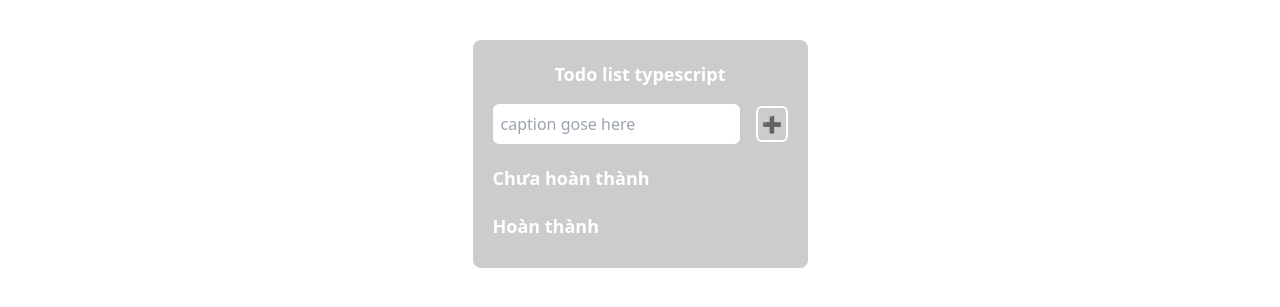
Repository: VIET-TU/react-super-main
Page: / (app in todolist-mybuild/)
An editor plug-in stored every save of this project. The page is shown before and after the next save, followed by the edit.
The browser window is 1280 px wide. The pictures show the whole page.
The project was rebuilt for these pictures with package versions that can differ from the ones it lists, and the page was loaded fresh each time. Also part of the build but not shown: todolist-mybuild/vite.config.ts.

Above is the page before, as saved 2023-05-16 08:33:08.

### todolist-mybuild/src/App.tsx
import TodoList from './components/TodoLists'

function App() {
  return (
    <>
      <TodoList></TodoList>
    </>
  )
}

export default App

### todolist-mybuild/src/index.css
@tailwind base;
@tailwind components;
@tailwind utilities;

css *,
*:before,
*:after {
  box-sizing: border-box;
}
* {
  margin: 0;
  padding: 0;
}

input,
select,
textarea {
  outline: none;
}
button {
  outline: none;
}

### todolist-mybuild/src/components/TodoLists/index.ts
import TodoList from './TodoList'

export default TodoList

### todolist-mybuild/src/components/TodoLists/TodoList.tsx
import { Todo } from '../../@types/todos.types'
import TaskInput from '../TaskInput'
import TaskList from '../TaskList'
import { useEffect, useState } from 'react'

const TodoList = () => {
  const [todos, setTodos] = useState<Todo[]>([])
  const [currentTodo, setCurrentTodo] = useState<Todo | null>(null)
  const doneTodos = todos.filter((todo) => todo.done)
  const notdoneTodos = todos.filter((todo) => !todo.done)

  useEffect(() => {
    const todosString = localStorage.getItem('todos')
    const todosObj: Todo[] = JSON.parse(todosString || '[]')
    setTodos(todosObj)
  }, [])

  const addTodo = (name: string): void => {
    const todo: Todo = {
      name,
      done: false,
      id: new Date().toISOString()
    }
    setTodos((pre) => [...pre, todo])
    const todosString = localStorage.getItem('todos')
    const todosObj: Todo[] = JSON.parse(todosString || '[]')
    const newTodoObj = [...todosObj, todo]
    localStorage.setItem('todos', JSON.stringify(newTodoObj))
  }

  const handleDoneTodo = (id: string, done: boolean) => {
    setTodos((prev) => {
      return prev.map((todo) => {
        if (todo.id === id) {
          return { ...todo, done }
        }
        return todo
      })
    })
  }

  const startEditTodo = (id: string) => {
    const findedTodo = todos.find((todo) => todo.id === id)
    if (findedTodo) {
      setCurrentTodo(findedTodo)
    }
  }

  const editTodo = (name: string) => {
    setCurrentTodo((prev) => {
      if (prev) {
        return { ...prev, name }
      }
      return prev
    })
  }

  const finishEditTodo = () => {
    setTodos((prev) => {
      return prev.map((todo) => {
        if (todo.id === (currentTodo as Todo).id) {
          return currentTodo as Todo
        }
        return todo
      })
    })
    setCurrentTodo(null)
  }

  const deleteTodo = (id: string) => {
    if (currentTodo) {
      setCurrentTodo(null)
    }

    setTodos((prev) => {
      const findedIndexTodo = prev.findIndex((todo) => todo.id === id)
      if (findedIndexTodo > -1) {
        const result = [...prev]
        result.splice(findedIndexTodo, 1) // delete 1 elem in array
        return result
      }
      return prev
    })
  }

  return (
    <div className='p-[20px] rounded-lg bg-[#ccc] max-w-max mx-auto my-10'>
      <TaskInput
        editTodo={editTodo}
        addTodo={addTodo}
        currentTodo={currentTodo}
        finishEditTodo={finishEditTodo}
      ></TaskInput>
      <TaskList
        handleDoneTodo={handleDoneTodo}
        todos={notdoneTodos}
        doneTaskList={false}
        startEditTodo={startEditTodo}
        deleteTodo={deleteTodo}
      />
      <TaskList
        handleDoneTodo={handleDoneTodo}
        todos={doneTodos}
        doneTaskList={true}
        startEditTodo={startEditTodo}
        deleteTodo={deleteTodo}
      />
    </div>
  )
}

export default TodoList

### todolist-mybuild/src/components/TaskInput/index.ts
import TaskInput from './TaskInput'

export default TaskInput

### todolist-mybuild/src/components/TaskInput/TaskInput.tsx
import React from 'react'
import { useState } from 'react'
import { Todo } from '../../@types/todos.types'

interface ITaskInputProps {
  addTodo: (name: string) => void
  currentTodo: Todo | null
}

const TaskInput = (props: ITaskInputProps) => {
  const { addTodo } = props

  const [name, setName] = useState<string>('')

  const handleSubmit = (e: React.FormEvent<HTMLFormElement>) => {
    e.preventDefault()
    addTodo(name)
    setName('')
  }

  const onChangeInput = (e: React.ChangeEvent<HTMLInputElement>) => {
    const { value } = e.target
    setName(value)
  }

  return (
    <div className='mb-2'>
      <h1 className='mb-4 text-lg font-bold text-white text-[20px] text-center'>Todo list typescript</h1>
      <form placeholder='enter your text' onSubmit={handleSubmit}>
        <input
          className='p-2 mr-4 rounded-md outline-0'
          type='text'
          placeholder='caption gose here'
          value={name}
          onChange={onChangeInput}
        />
        <button type='submit' className='p-1 border-2 border-white rounded-md'>
          ➕
        </button>
      </form>
    </div>
  )
}

export default TaskInput

### todolist-mybuild/src/components/TaskList/TaskList.tsx
import { Todo } from '../../@types/todos.types'

interface ITaskList {
  doneTaskList?: boolean
  todos: Todo[]
  handleDoneTodo: (id: string, done: boolean) => void
}
const TaskList = (props: ITaskList) => {
  const { doneTaskList, todos, handleDoneTodo } = props

  const onChangeCheckbox = (idTodo: string) => (e: React.ChangeEvent<HTMLInputElement>) => {
    handleDoneTodo(idTodo, e.target.checked)
  }

  return (
    <div className='mt-5 text-blue-500'>
      <div className=''>
        <h2 className='mb-2 text-lg font-bold text-white text-[20px]'>
          {doneTaskList ? 'Hoàn thành' : 'Chưa hoàn thành'}
        </h2>
        <div className='tasks '>
          {todos.map((todo) => (
            <div key={todo.id} className='flex justify-between task'>
              <div className='flex gap-2'>
                <input type='checkbox' name='' id=' ' checked={todo.done} onChange={onChangeCheckbox(todo.id)} />
                <div className='relative'>
                  <span>{todo.name}</span>
                  <div
                    className={
                      todo.done
                        ? 'absolute w-full h-[2px] bg-white top-1/2 left-1/2 transform -translate-x-1/2 -translate-y-1/2'
                        : ''
                    }
                  ></div>
                </div>
              </div>
              <div className='flex gap-1'>
                <button>✏️</button>
                <button>🗑️</button>
              </div>
            </div>
          ))}
        </div>
      </div>
    </div>
  )
}

export default TaskList

Loaded but not shown: todolist-mybuild/index.html (common file); todolist-mybuild/src/main.tsx (common file); todolist-mybuild/src/components/TaskList/index.ts (common file); todolist-mybuild/tailwind.config.js (common file)

After the next save:
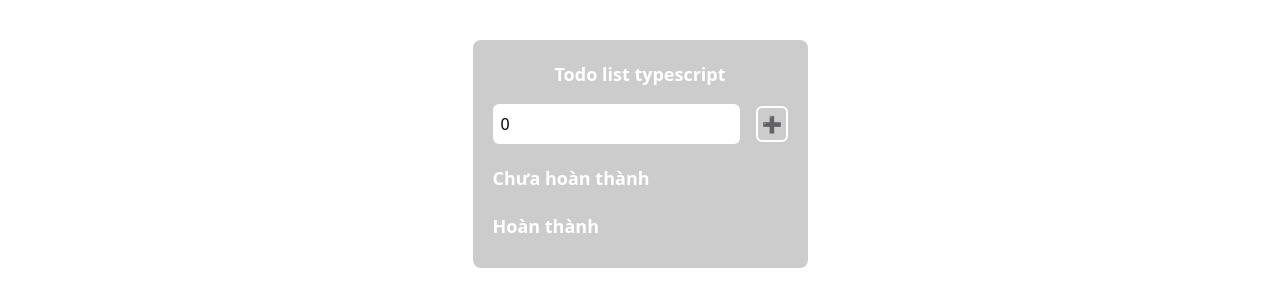
Saved 74 s later.
--- a/todolist-mybuild/src/components/TaskInput/TaskInput.tsx
+++ b/todolist-mybuild/src/components/TaskInput/TaskInput.tsx
@@ -8,7 +8,7 @@
 }
 
 const TaskInput = (props: ITaskInputProps) => {
-  const { addTodo } = props
+  const { addTodo, currentTodo } = props
 
   const [name, setName] = useState<string>('')
 
@@ -31,7 +31,7 @@
           className='p-2 mr-4 rounded-md outline-0'
           type='text'
           placeholder='caption gose here'
-          value={name}
+          value={currentTodo?.name | 'hello'}
           onChange={onChangeInput}
         />
         <button type='submit' className='p-1 border-2 border-white rounded-md'>

After the save that followed:
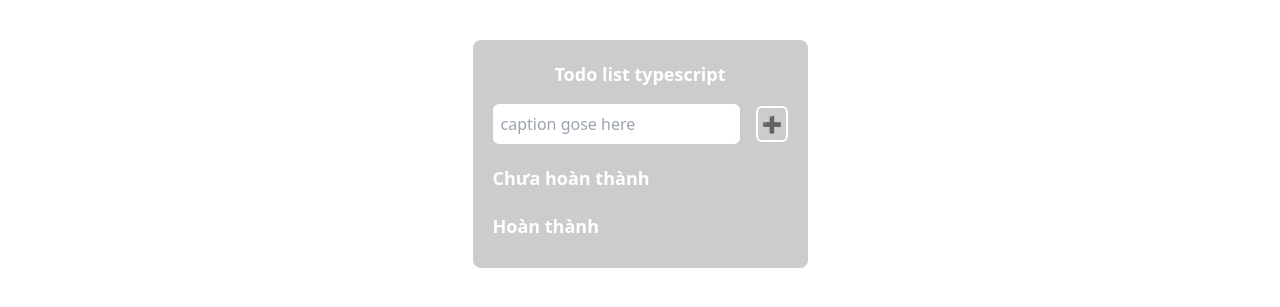
Saved 42 s later.
--- a/todolist-mybuild/src/components/TaskInput/TaskInput.tsx
+++ b/todolist-mybuild/src/components/TaskInput/TaskInput.tsx
@@ -31,7 +31,7 @@
           className='p-2 mr-4 rounded-md outline-0'
           type='text'
           placeholder='caption gose here'
-          value={currentTodo?.name | 'hello'}
+          value={currentTodo ? currentTodo.name : name}
           onChange={onChangeInput}
         />
         <button type='submit' className='p-1 border-2 border-white rounded-md'>
